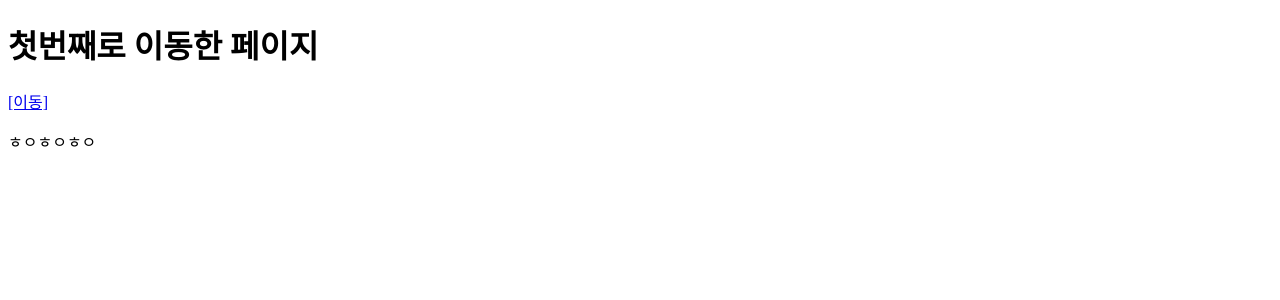
Repository: qudeo/sts3
Page: http://localhost/spring-song/song
The author's editor kept a copy of each file at every save. The page is drawn from the files as they stood at one save, then again after the next save.
The browser window is 1280 px wide. The pictures show the whole page.
The page is served by Tomcat 9. Other server files are loaded and not shown.

Above is the page before, as saved 2024-02-01 07:41:55.

### spring-song/src/main/webapp/WEB-INF/views/song.jsp
<%@ page language="java" contentType="text/html; charset=UTF-8"
    pageEncoding="UTF-8"%>
<!DOCTYPE html>
<html>
<head>
<meta charset="UTF-8">
<title>Insert title here</title>
</head>
<body>
<h1>첫번째로 이동한 페이지</h1>
<a href="song2">[이동]</a>
<p>ㅎㅇㅎㅇㅎㅇ</p>
</body>
</html>

After the next save:
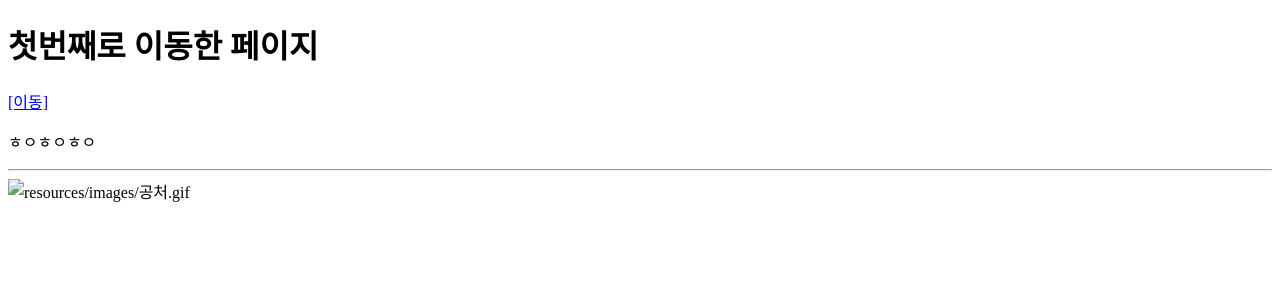
Saved 2 min 45 s later.
--- a/spring-song/src/main/webapp/WEB-INF/views/song.jsp
+++ b/spring-song/src/main/webapp/WEB-INF/views/song.jsp
@@ -10,5 +10,7 @@
 <h1>첫번째로 이동한 페이지</h1>
 <a href="song2">[이동]</a>
 <p>ㅎㅇㅎㅇㅎㅇ</p>
+<hr>
+<img alt="resources/images/공처.gif" src="">
 </body>
 </html>
